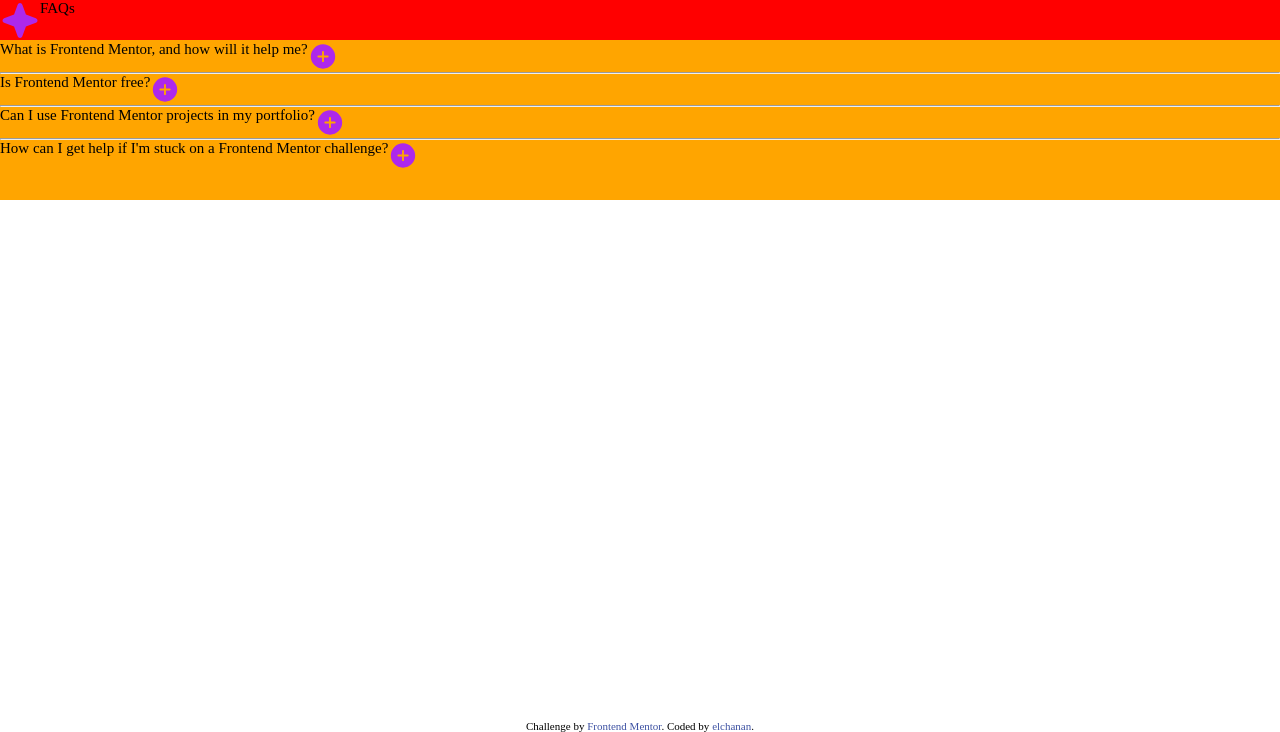
Repository: elchananChen/frontend-mentor-projects
Page: 2024/10/faQs/index.html
An editor plug-in stored every save of this project. The page is shown before and after the next save, followed by the edit.
The browser window is 1280 px wide. The pictures show the whole page.

Above is the page before, as saved 2024-10-13 05:41:16.

After the next save:
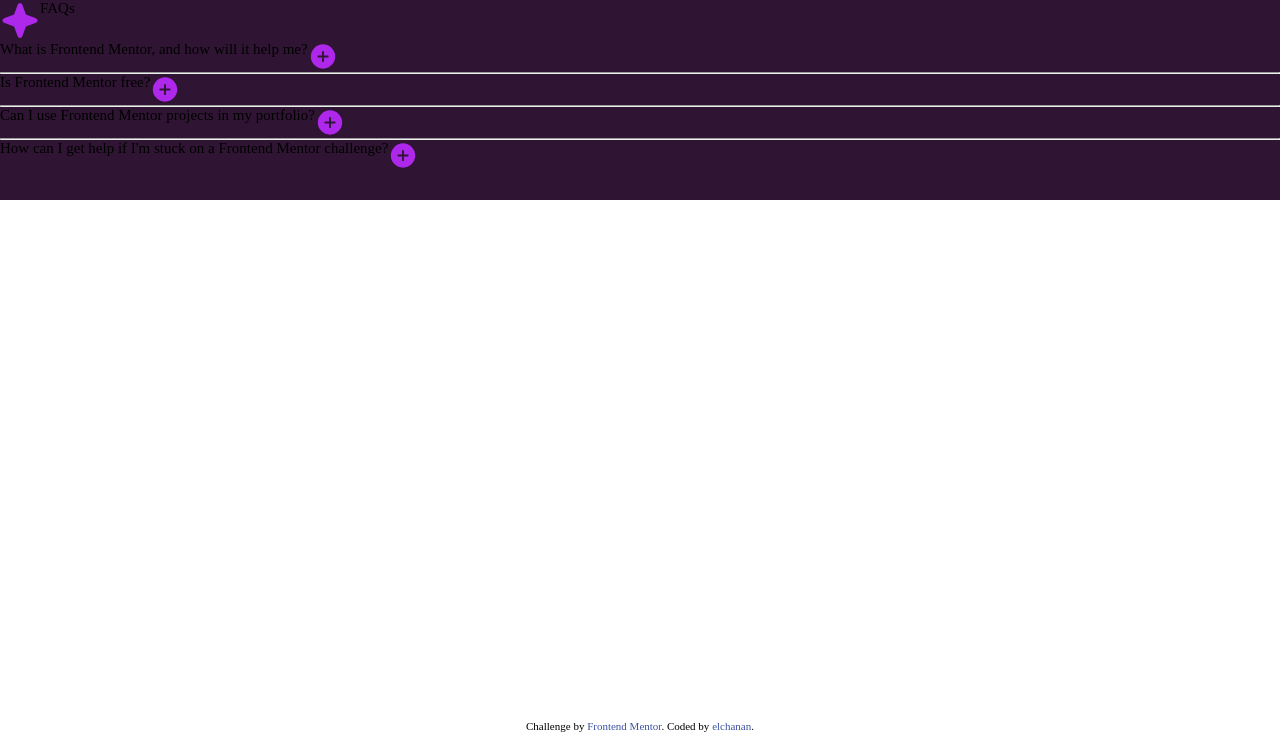
Saved 5 s later.
--- a/2024/10/faQs/style.css
+++ b/2024/10/faQs/style.css
@@ -12,7 +12,7 @@
   width: 100%;
   height: 200px;
   /* background: -moz-linear-gradient(left, blue 75%, white 25%); */
-  background: linear-gradient(180deg, red 20%, orange 20% 100%);
+  /* background: linear-gradient(180deg, red 20%, orange 20% 100%); */
   /* background: linear-gradient(to top, blue 25%, white 25%, red 50%); */
   background-color: var(--color-Dark-purple);
 }
